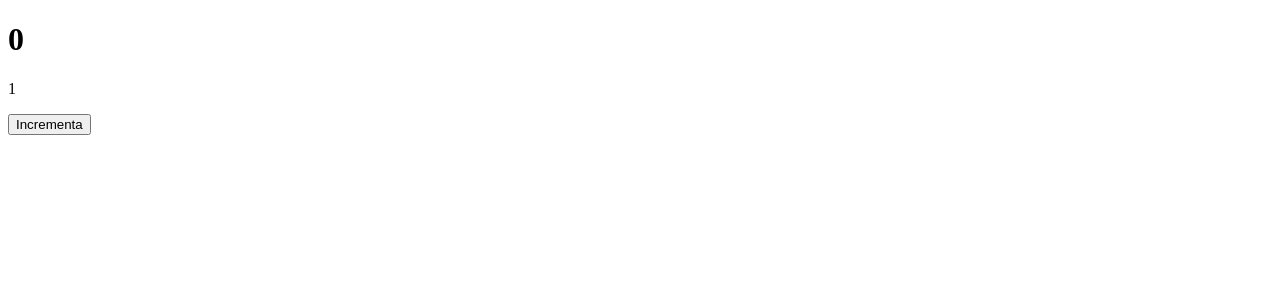
Repository: CryptoFamilyNFT/develhope
Page: / (app in vite/v1/)
These files come from the project's save history. The page is drawn as it stood at one moment and after the next save; the edit follows.
The browser window is 1280 px wide. The pictures show the whole page.
The project was rebuilt for these pictures with package versions that can differ from the ones it lists, and the page was loaded fresh each time. Also part of the build but not shown: vite/v1/vite.config.js, vite/v1/src/components/AlertClock.jsx, vite/v1/src/components/Chat/chatStyle.jsx, vite/v1/src/components/Chat/Chat.jsx, vite/v1/src/components/Message.jsx, vite/v1/src/components/Hello.jsx, vite/v1/src/components/Welcome.jsx, vite/v1/src/components/index.jsx and 2 more.

Above is the page before, as saved 2025-02-17 09:28:11.

### vite/v1/src/index.jsx
import { createRoot } from "react-dom/client";
import App from "./App";
import RenderState from "./components/RenderState";

const root = createRoot(document.getElementById("root"));

root.render(<RenderState />);

### vite/v1/src/components/RenderState.jsx
import React from "react";

export default function RenderState() {
    const [count, setCount] = React.useState(0);
    const renderCount = React.useRef(0);

    renderCount.current++;

    React.useEffect(() => {
        console.log("Rendered");
    }, []);

    return (
        <div>
            <h1>{count}</h1>
            <p>{renderCount.current}</p>
            <button onClick={() => setCount(count + 1)}>Incrementa</button>
        </div>
    );
}

Loaded but not shown: vite/v1/index.html (common file)

After the next save:
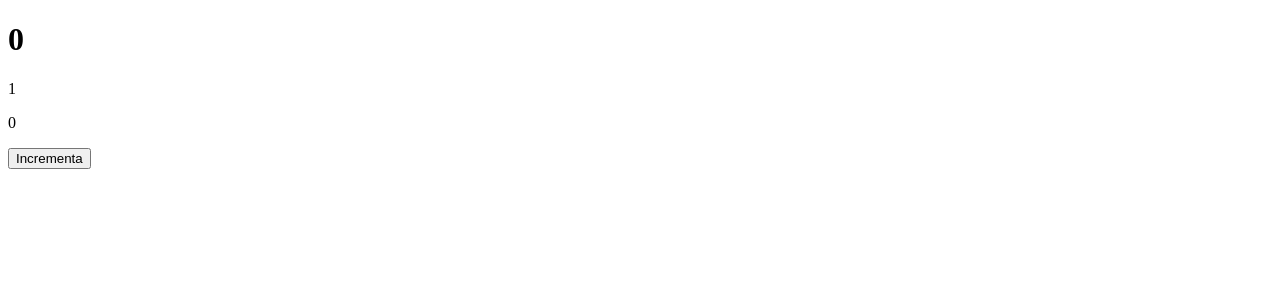
Saved 48 s later.
--- a/vite/v1/src/components/RenderState.jsx
+++ b/vite/v1/src/components/RenderState.jsx
@@ -3,17 +3,20 @@ import React from "react";
 export default function RenderState() {
     const [count, setCount] = React.useState(0);
     const renderCount = React.useRef(0);
+    const renderCount2 = React.useRef(0);
 
     renderCount.current++;
 
     React.useEffect(() => {
         console.log("Rendered");
+        renderCount2.current++;
     }, []);
 
     return (
         <div>
             <h1>{count}</h1>
             <p>{renderCount.current}</p>
+            <p>{renderCount2.current}</p>
             <button onClick={() => setCount(count + 1)}>Incrementa</button>
         </div>
     );
